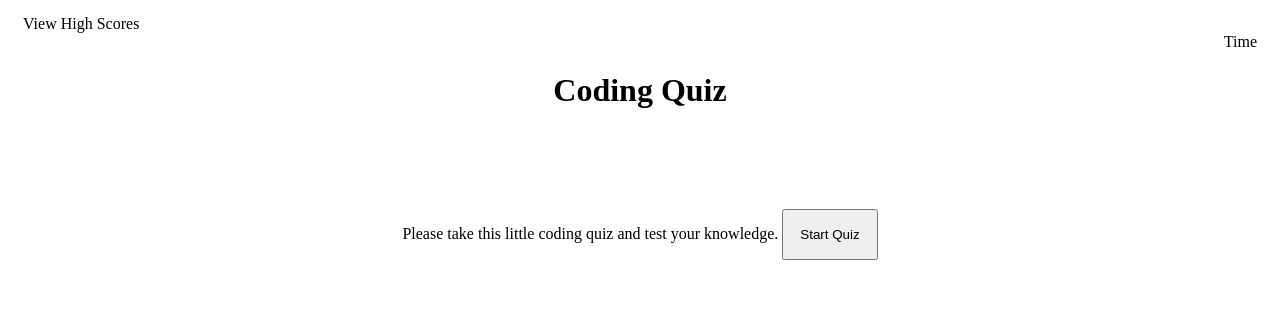
Repository: Naomilounsbury/code-quiz
Page: index.html
The author's editor kept a copy of each file at every save. The page is drawn from the files as they stood at one save, then again after the next save.
The browser window is 1280 px wide. The pictures show the whole page.
After loading, the first visible `button` was clicked once.

Above is the page before, as saved 2021-11-27 17:56:07.
Console error: TypeError: Cannot set properties of null (setting 'innerText')

After the next save:
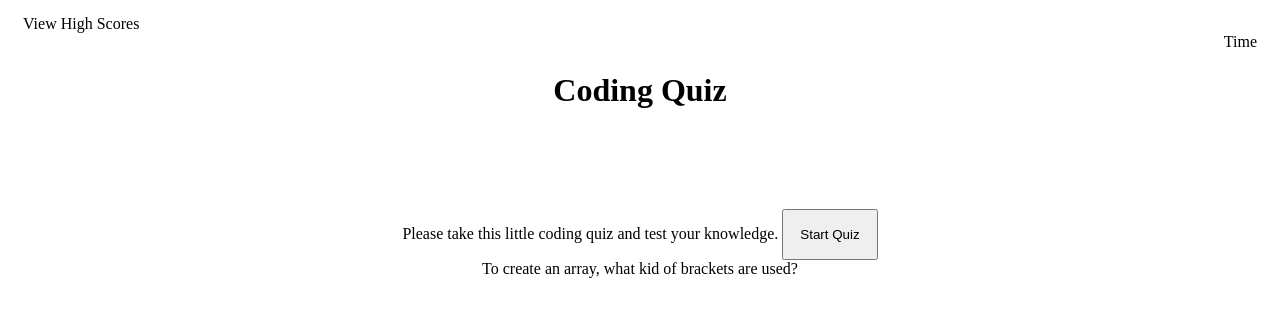
Console error: TypeError: Cannot read properties of undefined (reading 'appendChild')
Saved 2 min 0 s later.
--- a/assets/js/script.js
+++ b/assets/js/script.js
@@ -9,28 +9,28 @@ var onStartQuiz = function () {
     var currentQuestion = questions[0];
 
     //its going into the html and taking the div clas question and setting the value equal to the current question
-    document.getElementById("question").innerText = currentQuestion.question
+    questionDivEl.innerText = currentQuestion.question
 
     //I dont know why these arent working and I'm crying
     var btn = document.createElement("BUTTON");
     btn.innerHTML = currentQuestion.a
-    document.formEl.appendChild(btn);
+    document.questionDivEl.appendChild(btn);
 
     var btn = document.createElement("button");
     btn.innerHTML = currentQuestion.b
-    document.formEl.appendChild(btn);
+    document.questionDivEl.appendChild(btn);
 
     var btn = document.createElement("button");
     btn.innerHTML = currentQuestion.c
-    document.formEl.appendChild(btn);
+    document.questionDivEl.appendChild(btn);
 
     var btn = document.createElement("button");
     btn.innerHTML = currentQuestion.d
-    document.formEl.appendChild(btn);
+    document.questionDivEl.appendChild(btn);
 
     var btn = document.createElement("button");
     btn.innerHTML = "Next Question"
-    document.formEl.appendChild(btn);
+    document.questionDivEl.appendChild(btn);
 
     //create a separate onclick that changes the current question to something else
     //create a next question button that will go on to the next question and save your answer
